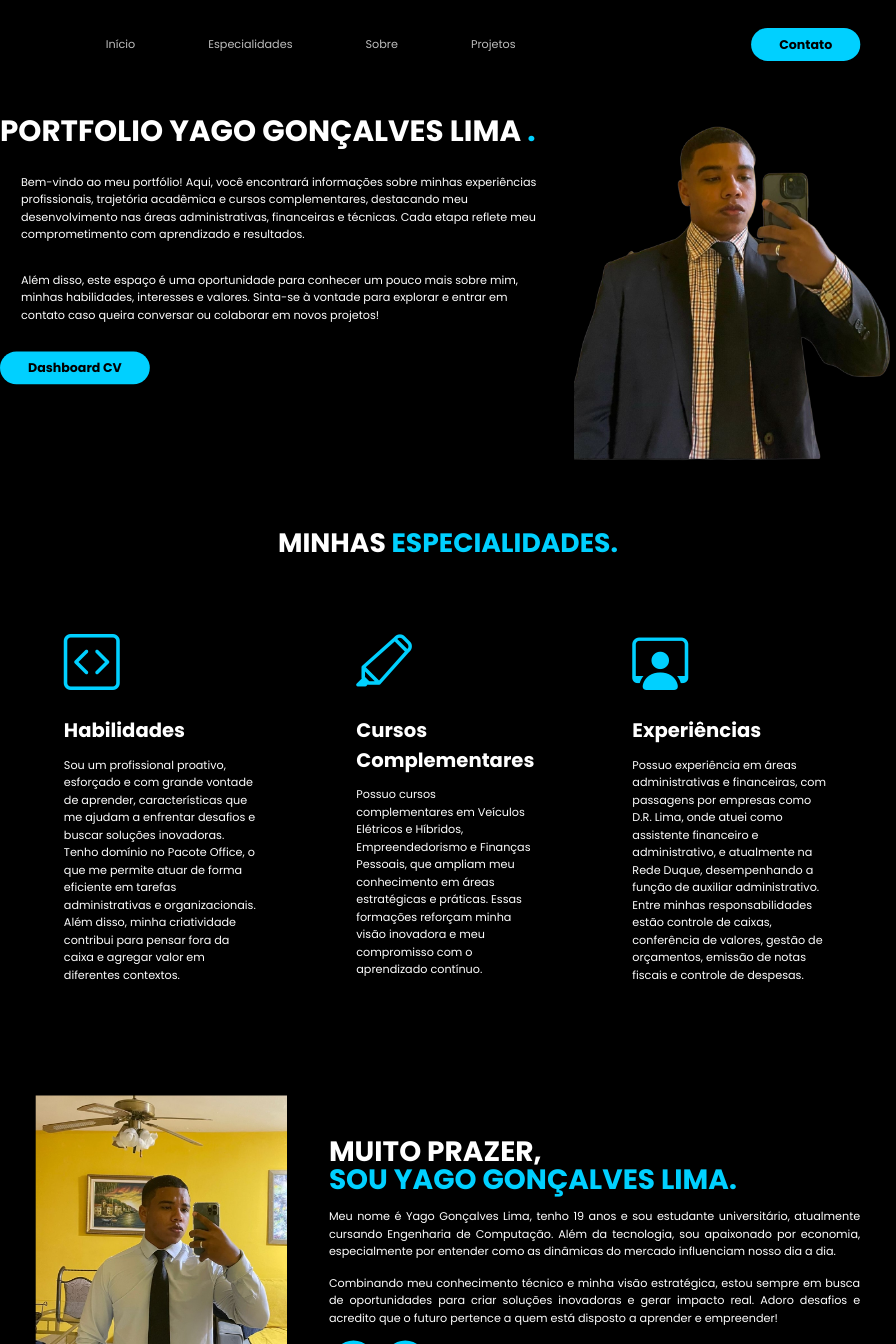
Repository: yagolima1511/Portfolio
Page: index.html
These files come from the project's save history. The page is drawn as it stood at one moment and after a run of saves; the edit follows.
The browser window is 1280 px wide. The pictures show the part of the page from y = 0 to 1920 px (the page is 3476 px tall before and 3509 px after), at 70% of full size.

Above is the page before, as saved 2025-03-03 21:03:41.

After the next 3 saves:
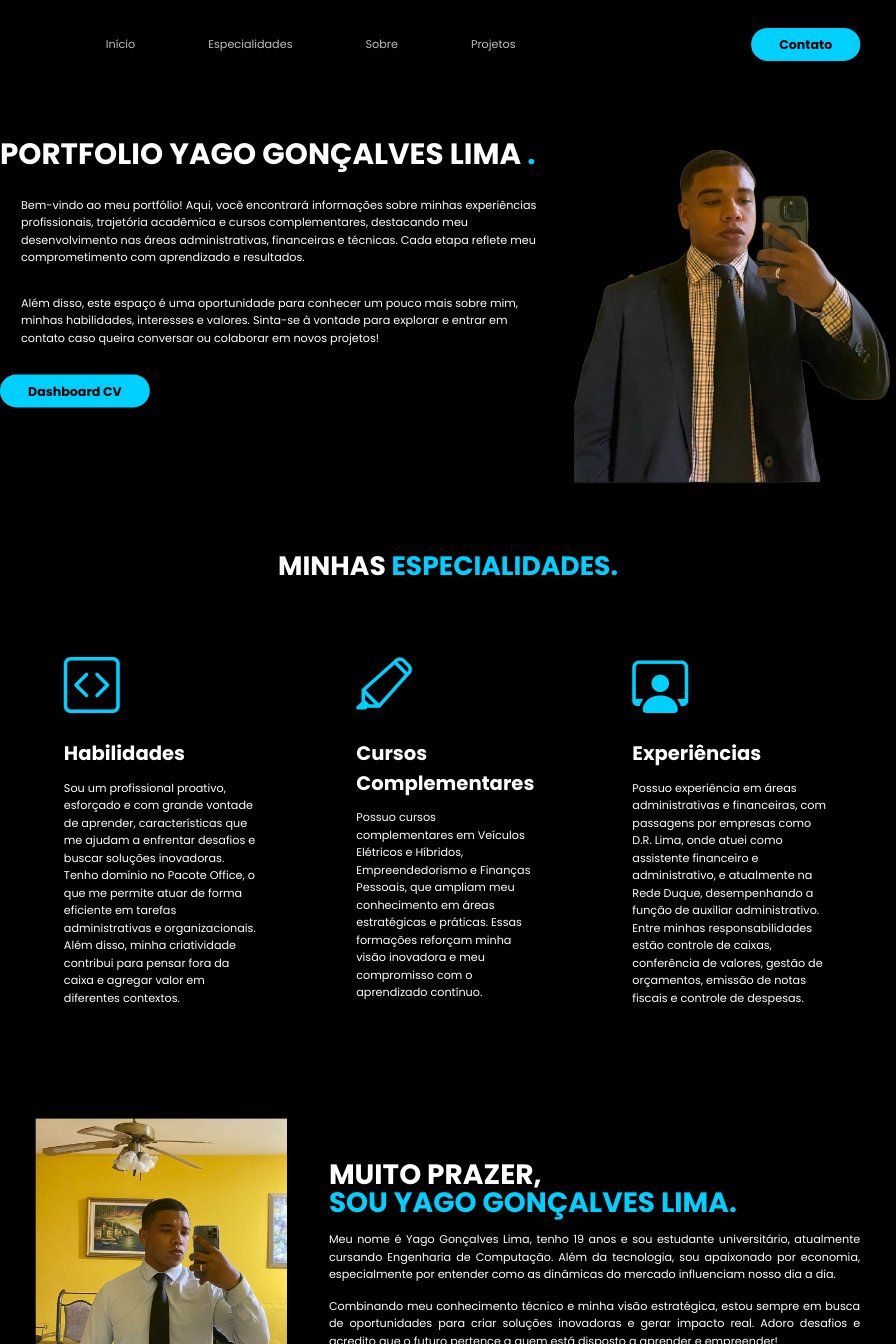
The 3 saves are shown as one change because they came seconds apart.
The last was saved 9 s later.
--- a/index.html
+++ b/index.html
@@ -25,7 +25,9 @@
                     </ul>
                 </nav>
              </nav>
+             <header>
 
+             </header>
 
     <div class="interface">
 

After the 5 saves that followed:
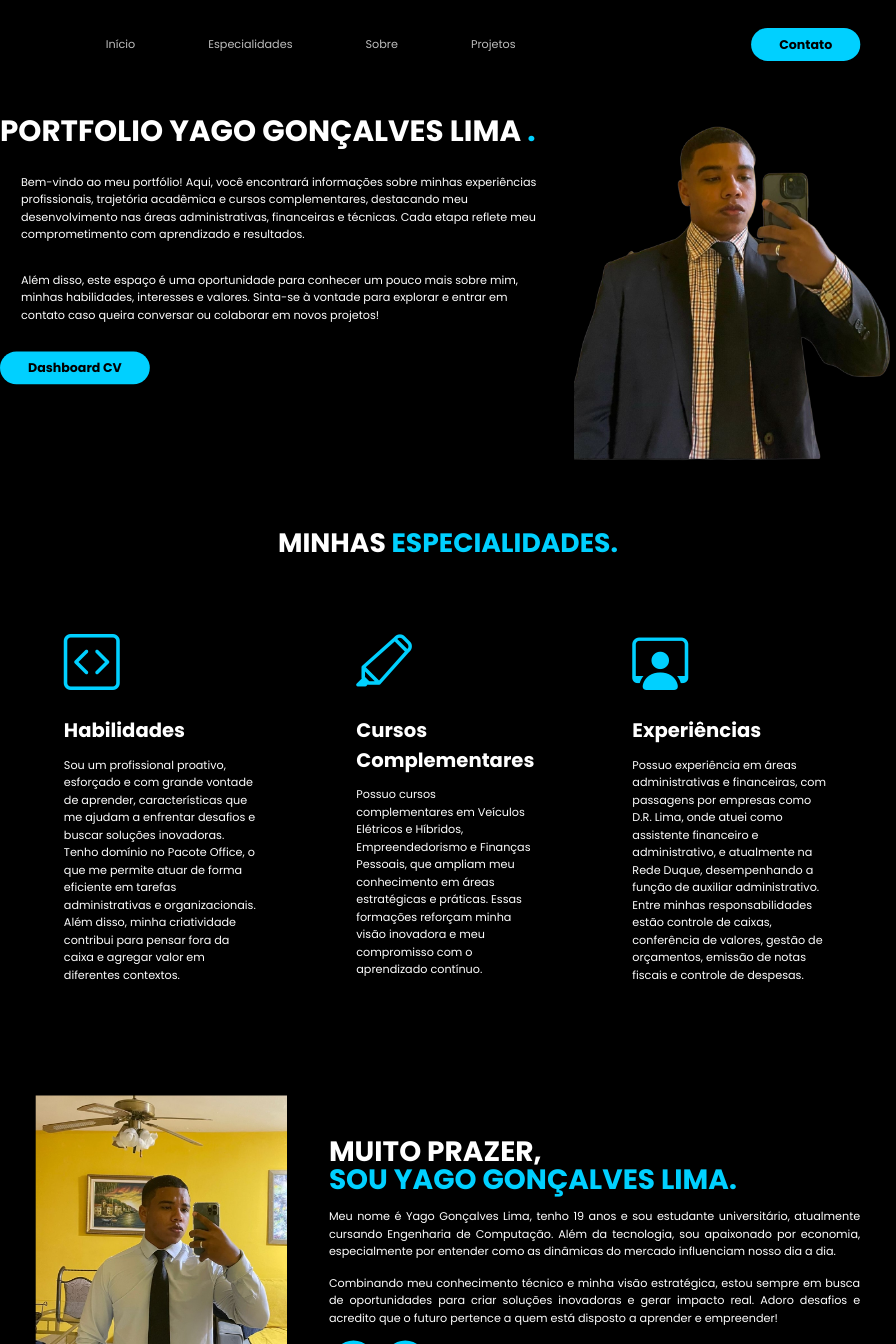
The 5 saves are shown as one change because 2 left the picture as it was and some came seconds apart.
The last was saved 42 s later.
--- a/index.html
+++ b/index.html
@@ -25,13 +25,7 @@
                     </ul>
                 </nav>
              </nav>
-             <header>
 
-             </header>
-
-    <div class="interface">
-
-    </div>
 
              <div class="btn-contato">
                 <a href="https://api.whatsapp.com/send?phone=5511951423405">
